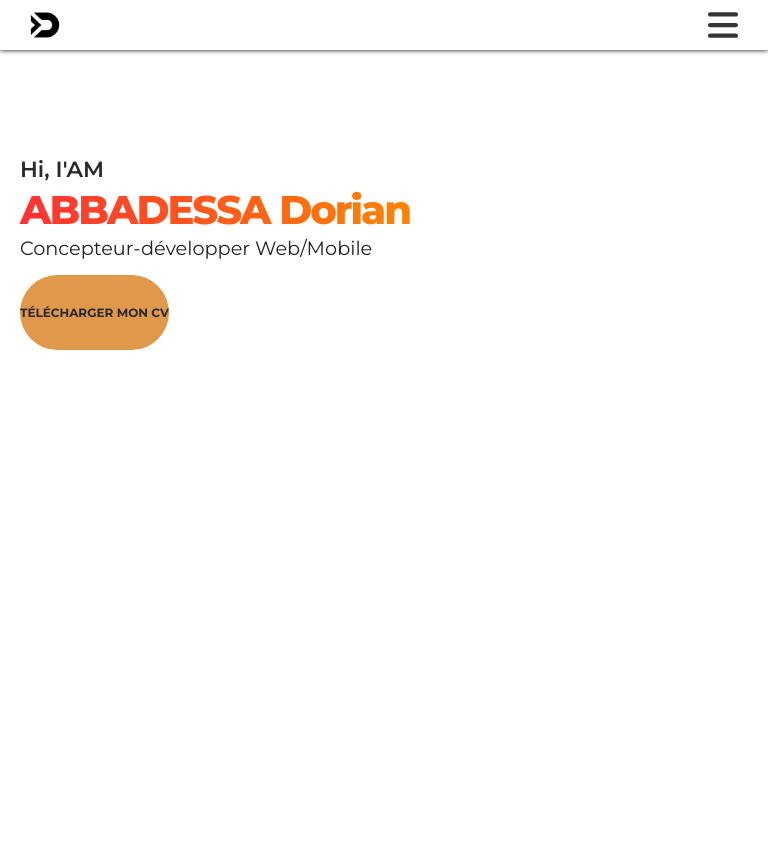
Repository: DorianABDS/Portfolio-ABBADESSA-Dorian
Page: index.html
An editor plug-in stored every save of this project. The page is shown before and after the next save, followed by the edit.
The browser window is 768 px wide. The pictures show the whole page.

Above is the page before, as saved 2024-11-26 23:56:03.

### index.html
<!DOCTYPE html>
<html lang="fr">
<head>
    <meta charset="UTF-8">
    <meta name="viewport" content="width=device-width, initial-scale=1.0">
    <meta charset="UTF-8">
    <meta name="viewport" content="width=device-width, initial-scale=1.0">
    <meta name="keywords" content="Portfolio, ABBADESSA Dorian, Web developper">
    <title>ABBADESSA Dorian - Portfolio</title>
    <link rel="shortcute icon" href="/src/img/Logo Div.png">
    <link rel="stylesheet" href="style.css">
</head>
<body>
    <header class="header">
        <nav class="navbar">
            <a href="index.html" class="logo"><img src="/src/img/Logo plat Div noir.png" alt=""></a>
            <div class="nav-links">
                <ul>
                    <li><a href="index.html">Accueil</a></li>
                    <li><a href="articles.html">Articles</a></li>
                    <li><a href="apropos.html">À propos</a></li>
                    <li><a href="contact.html">Contact</a></li>
                </ul>
            </div>
            <img src="/src/img/bars-solid.svg" alt="menu hamburger" class="menu-hamburger">
        </nav>
        <!-- <div class="social">
            <a href="#" title="Facebook"><img src="/src/img/icone Github.png" alt=""></a>
            <a href="#" title="Twitter"><img src="src/img/icone Linkedin.png" alt=""></a>
        </div> -->
    </header>
    <main>
        <section class="accueil">
            <div class="contrainer-accueil">
                <h2>Hi, I'AM</h2>
                <h1><span>ABBADESSA Dorian</span></h1>
                <p>Concepteur-développer Web/Mobile</p>
                <a href="#">télécharger mon cv</a>
            </div>
        </section>
    </main>
</body>
<script>
    const menuHamburger = document.querySelector(".menu-hamburger")
    const navLinks = document.querySelector(".nav-links")
    const social = document.querySelector(".social")

    menuHamburger.addEventListener('click',()=>{
    navLinks.classList.toggle('mobile-menu')
    })
</script>
</html>

### style.css
@font-face {
    font-family: "Montserrat";
    src: url(/src/font/Montserrat-VariableFont_wght.ttf);
}

* {
    margin: 0;
    padding: 0;
    text-decoration: none;
    list-style: none;
    box-sizing: border-box;

}

html, body {
    font-size: 19.3px;
    color: rgba(0, 0, 0, .87);
    background-color: #fff;
    font-family: "Montserrat", sans-serif;
    line-height: 1.8;
    font-weight: 400;
}

.navbar {
    background: rgb(255, 255, 255);
    backdrop-filter: blur(10px);
    box-shadow: 0 0 5px rgb(0, 0, 0);;
    top: 0;
    left: 0;
    height: 50px;
    width: auto;
    position: fixed;
    padding-left: 30px;
    padding-right: 61px;
    width: 100%;
    display: flex;
    justify-content: space-between;
    align-items: center;
    z-index: 1;
}

.navbar a {
    color: #292929;
    font-weight: 700;
    display: inline;
}

.navbar .nav-links ul li a::after {
    content: "";
    display: block;
    height: 2px;
    background: rgb(255, 255, 255);
    transform: scale(0);
    transition: transform 0.2s ease-in-out;
}

.navbar .nav-links ul li a:hover::after {
    transform: scale(1);
}

.navbar .logo {
    transform: none;
    font-weight: 700;
}

.navbar .nav-links ul {
    display: flex;
    align-items: center;
}

.navbar .nav-links ul li {
    display: flex;
    margin: 0 25px;
}

.navbar .nav-links ul li img {
    display: flex;
    padding: -20px;
    margin-left: -23px;
}

.navbar .menu-hamburger {
    display: none;
    position: absolute;
    top: 8px;
    right: 30px;
    width: 30px;
}

.social a {
    border: solid;
}

.accueil {
    padding-top: 100px;
    margin-top: 50px;
    width: 100%;
    height: 100vh;
}

.contrainer-accueil {
    padding-left: 20px;
}

.contrainer-accueil a {
    color: #292929;
    text-transform: uppercase;
    font-weight: 700;
    padding: 10px;
    border-radius: 50px;
    border: 0;
    background-color: #E0984A;
}

@media  screen and (max-width: 814px) {
    .navbar .menu-hamburger {
        display: block;
    }

    .nav-links.mobile-menu {
        margin-left: 0;
    }

    .navbar {
        padding: 0;
    }

    .navbar .logo {
        padding-left: 20px;
    }

    .navbar .logo img {
        display: flex;
        align-items: center;
        width: 50px;
    }

    .nav-links {
        position: absolute;
        background-color: rgba(255, 255, 255, 0.12);
        backdrop-filter: blur(8px);
        top: 0;
        left: 0;
        width: 100%;
        height: 100vh;
        display: flex;
        justify-content: center;
        align-items: center;
        margin-left: 100%;
        transition: all 0.5s ease;
    }

    .nav-links ul {
        display: flex;
        flex-direction: column;
        align-items: center;
    }

    .navbar .nav-links ul li {
        margin: 15px 0;
        font-size: 1.2em;
    }

    .accueil h2 {
        font-size: 22px;
        font-weight: 600;
        color: #292929;
    }

    .accueil h1 {
        display: inline-block;
        padding-right: 20px;
        line-height: 100%;
        font-size: 40px;
        letter-spacing: -2px;
        font-weight: 800;
        background: linear-gradient(90deg, rgba(255,50,50,1) 0%, rgba(255,136,0,1) 100%);
        -webkit-background-clip: text;
        -webkit-text-fill-color: transparent;
    }

    .accueil p {
        line-height: 150%;
        padding-right: 20px;
        margin-bottom: 30px;
    }

    .contrainer-accueil a {
        margin-top: 30px;
        font-size: 12px;
        padding: 30px 0 30px 0;
    }
}

### src/img/bars-solid.svg
<svg xmlns="http://www.w3.org/2000/svg" viewBox="0 0 448 512" fill="#353535"><!--!Font Awesome Free 6.7.0 by @fontawesome - https://fontawesome.com License - https://fontawesome.com/license/free Copyright 2024 Fonticons, Inc.--><path d="M0 96C0 78.3 14.3 64 32 64l384 0c17.7 0 32 14.3 32 32s-14.3 32-32 32L32 128C14.3 128 0 113.7 0 96zM0 256c0-17.7 14.3-32 32-32l384 0c17.7 0 32 14.3 32 32s-14.3 32-32 32L32 288c-17.7 0-32-14.3-32-32zM448 416c0 17.7-14.3 32-32 32L32 448c-17.7 0-32-14.3-32-32s14.3-32 32-32l384 0c17.7 0 32 14.3 32 32z"/></svg>

After the next save:
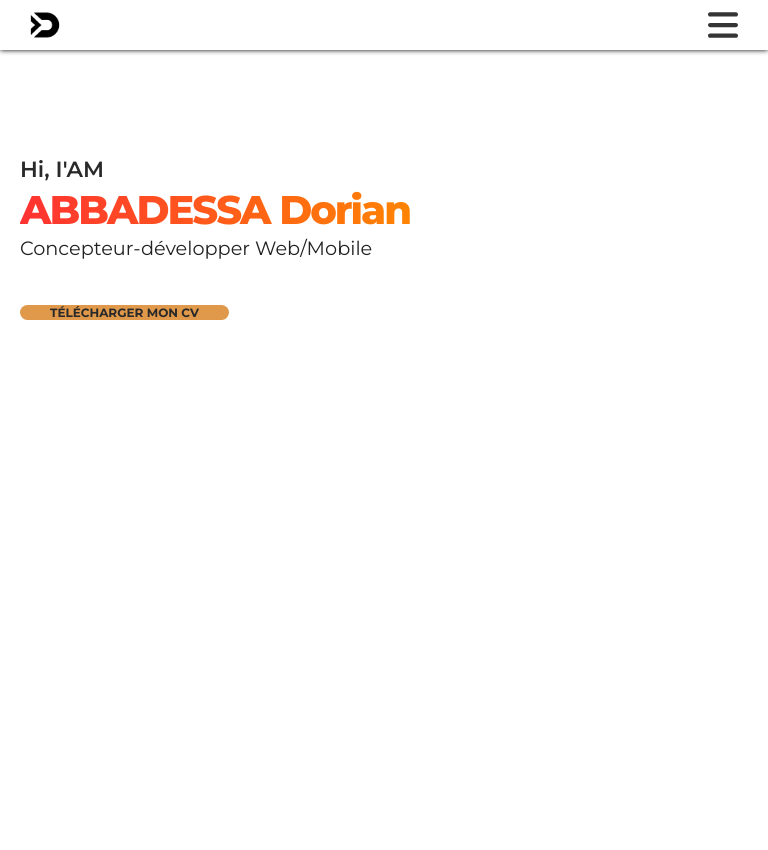
Saved 27 s later.
--- a/style.css
+++ b/style.css
@@ -188,6 +188,6 @@ html, body {
     .contrainer-accueil a {
         margin-top: 30px;
         font-size: 12px;
-        padding: 30px 0 30px 0;
+        padding: 0 30px 0 30px;
     }
 }
